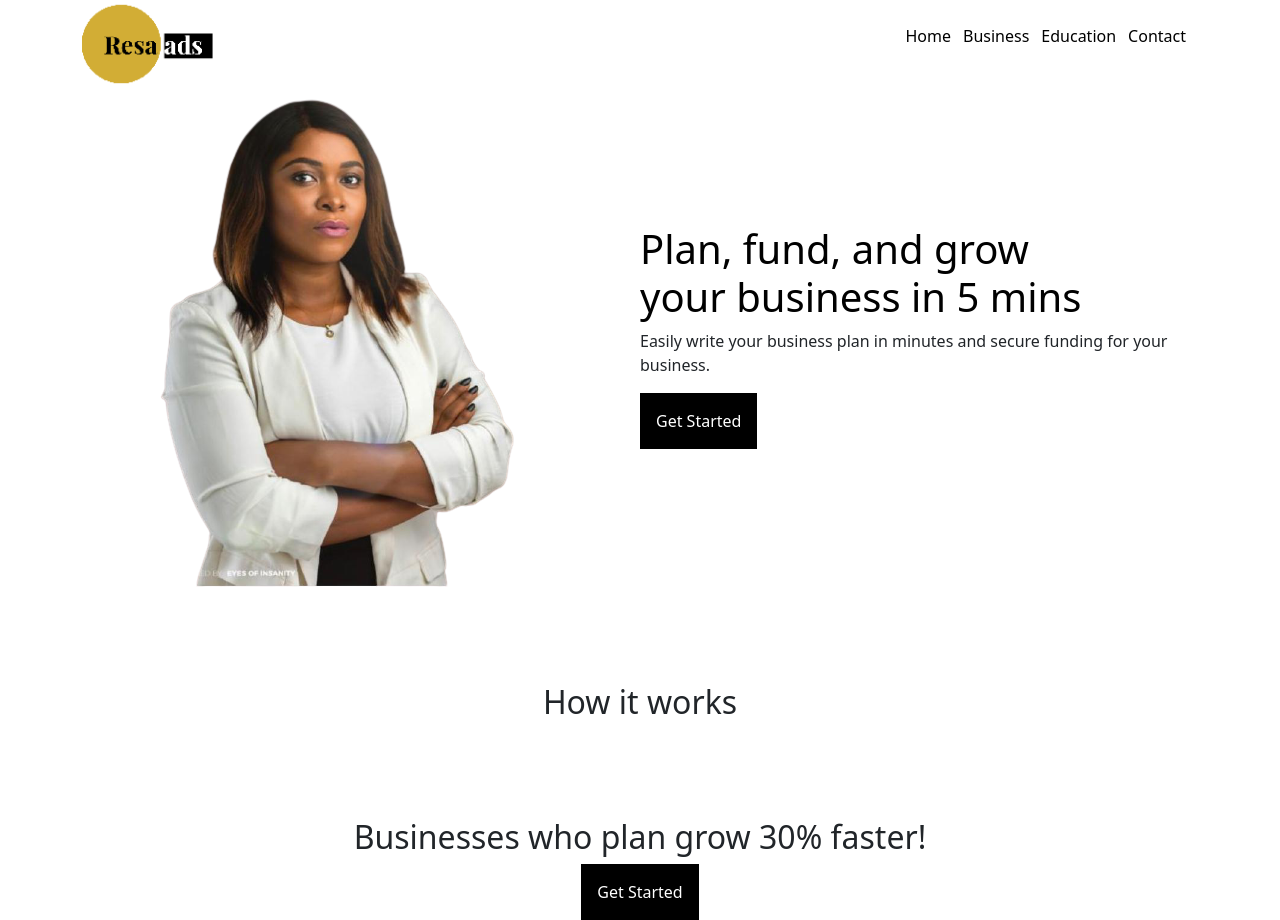
Repository: latenightsnacc/resaads-consults
Page: index.html
The author's editor kept a copy of each file at every save. The page is drawn from the files as they stood at one save, then again after the next save.
The browser window is 1280 px wide. The pictures show the whole page.
Some web libraries are served in a nearby version.

Above is the page before, as saved 2021-08-05 10:04:33.

After the next save:
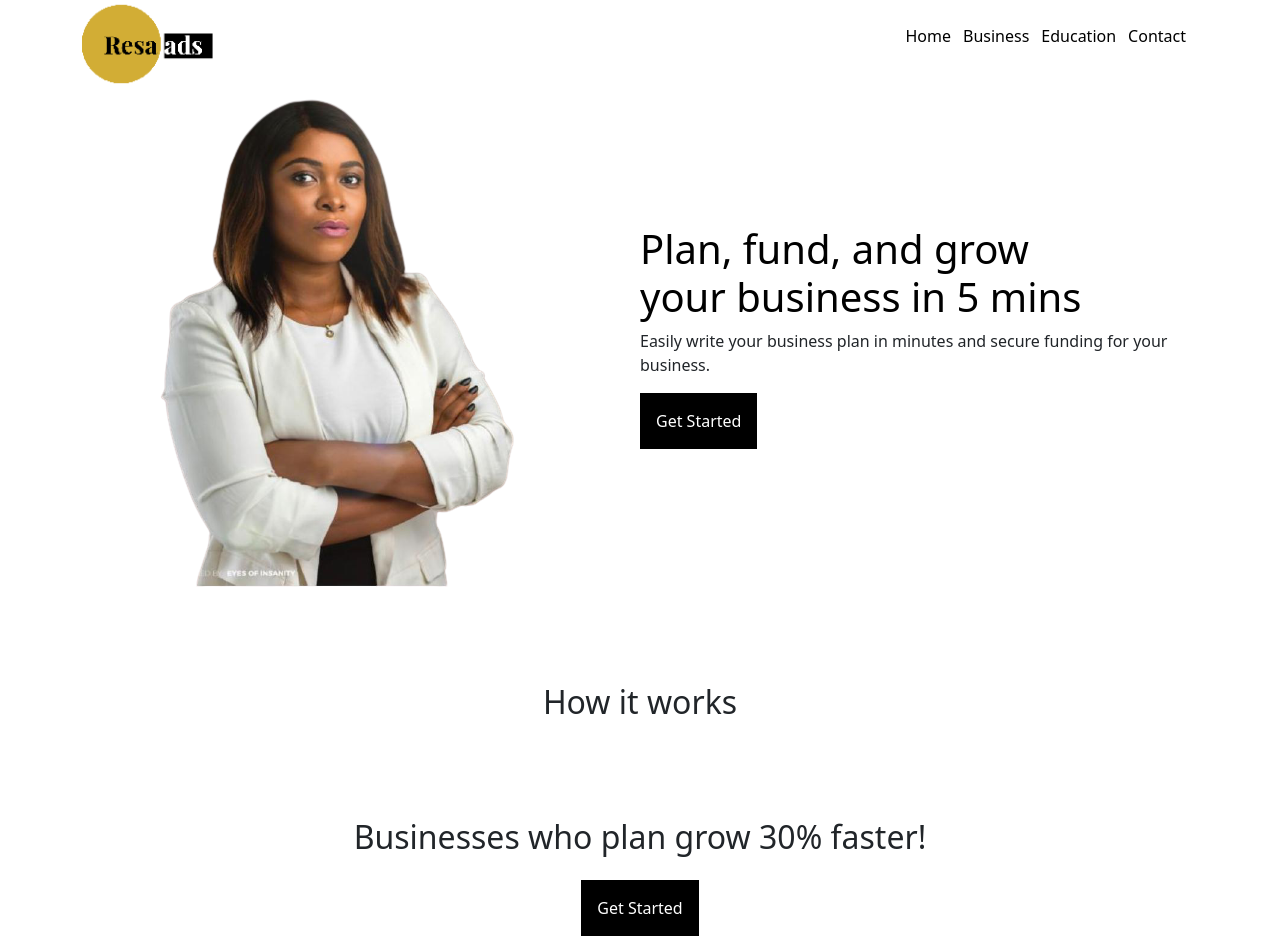
Saved 15 s later.
--- a/index.html
+++ b/index.html
@@ -80,7 +80,7 @@
             <div class="container">
                 <h2 class="text-center">Businesses who plan grow 30% faster!</h2>
                 <div class="flex flex-col items-center">
-                    <a href="#" class="">
+                    <a href="#" class="py-3">
                         <button class="bg-black text-white p-3">Get Started</button>
                     </a>
                 </div>
